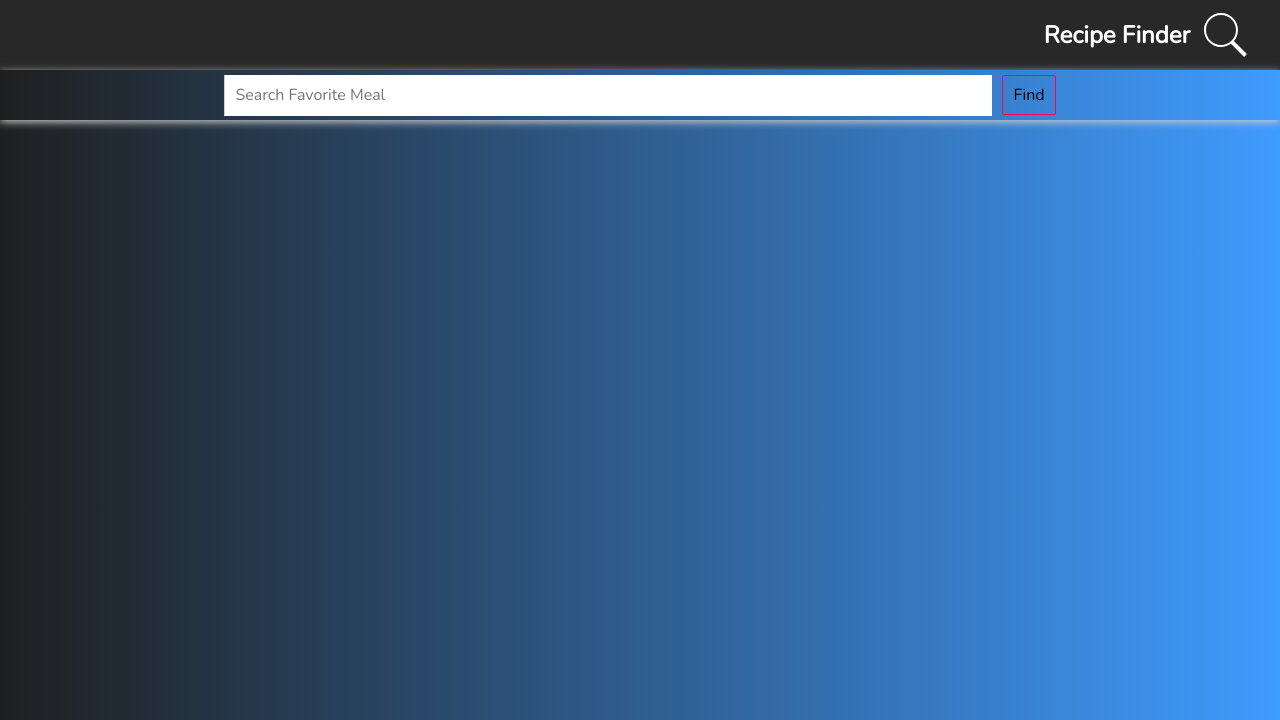
Repository: burntaftermint/recipes
Page: index.html
These files come from the project's save history. The page is drawn as it stood at one moment and after the next save; the edit follows.
The browser window is 1280 px wide. The pictures show the whole page.
The page's requests for data from a server got no answer.

Above is the page before, as saved 2023-11-07 03:34:09.

After the next save:
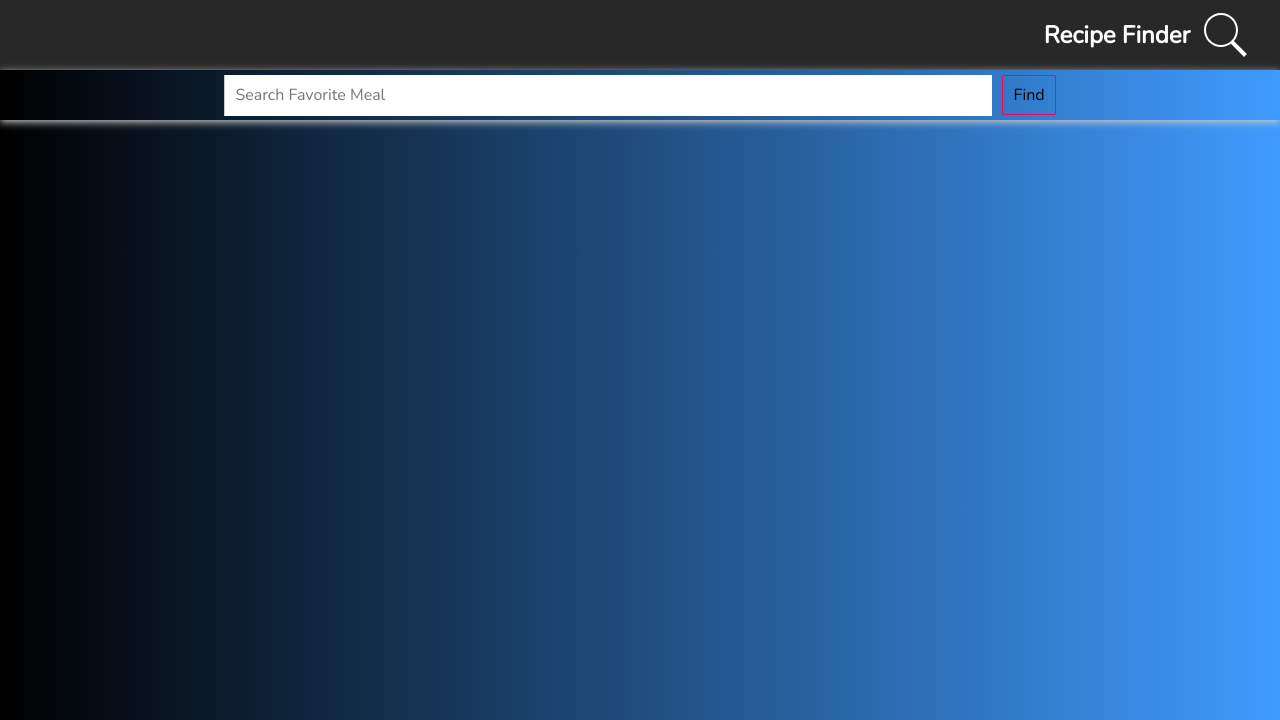
Saved 14 s later.
--- a/style.css
+++ b/style.css
@@ -16,7 +16,7 @@
 body {
     height: 100vh;
     width: 100vw;
-    background: linear-gradient(to right, #1f1f1f, #3f9bfe);
+    background: linear-gradient(to right, #000000, #3f9bfe);
     overflow: hidden;
 }
 
